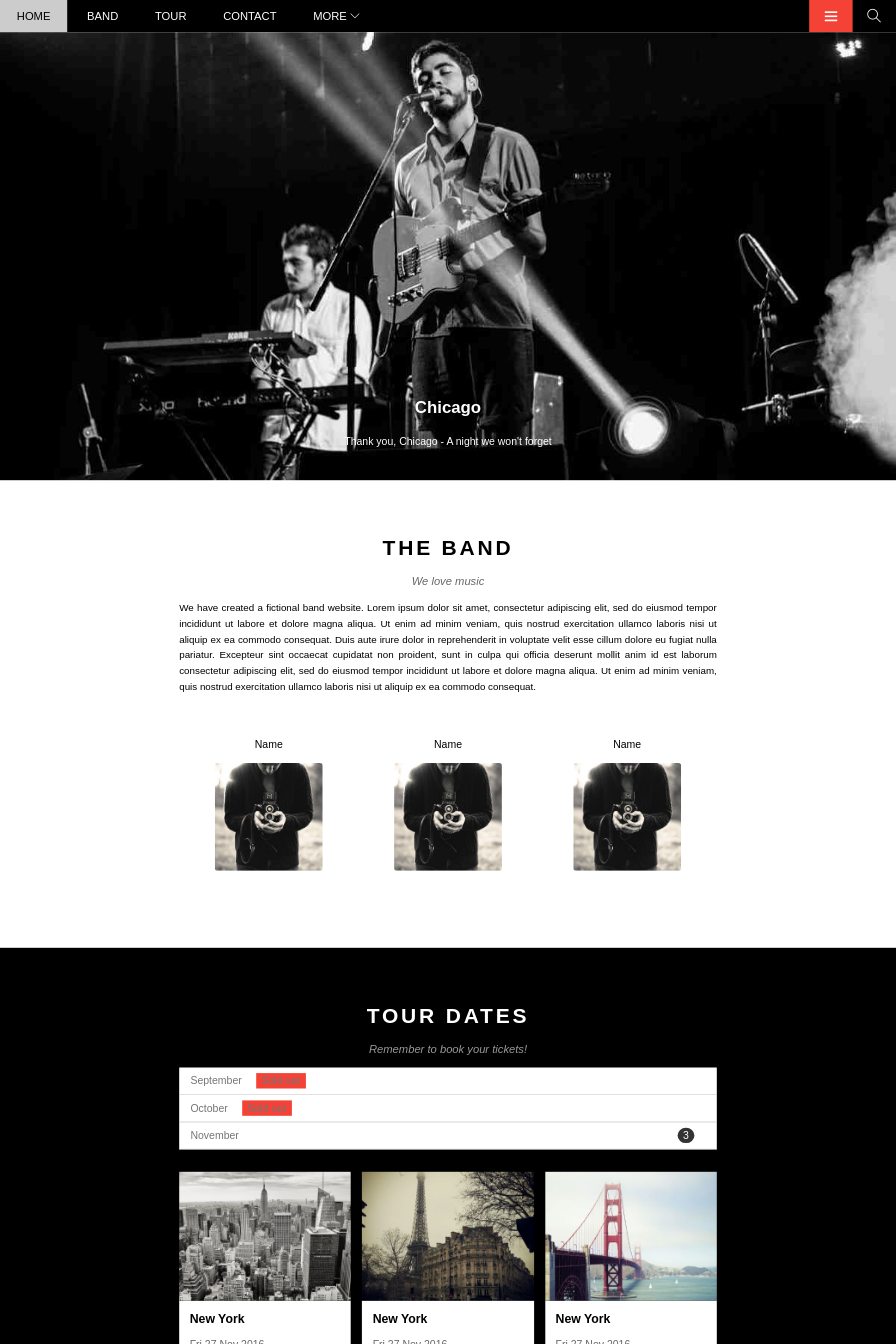
Repository: Bakyproit/the-Band
Page: index.html
The author's editor kept a copy of each file at every save. The page is drawn from the files as they stood at one save, then again after the next save.
The browser window is 1280 px wide. The pictures show the part of the page from y = 0 to 1920 px (the page is 3522 px tall), at 70% of full size.
The pointer rests on the first visible `#header .mobile-menu-btn`.

Above is the page before, as saved 2022-01-03 16:38:27.

### index.html
<!DOCTYPE html>
<html lang="en">
<head>
    <meta charset="UTF-8">
    <meta http-equiv="X-UA-Compatible" content="IE=edge">
    <meta name="viewport" content="width=device-width, initial-scale=1.0">
    <link rel="stylesheet" href="./assets/fonts/themify-icons/themify-icons.css">
    <link rel="stylesheet" href="./assets/css/style.css">
    <link rel="stylesheet" href="./assets/css/reponsive.css">
    <title>The-Band</title>
</head>
<body>

    <div id="main">
        <!-- begin header   -->
        <div id="header">
            <!-- Begin : Nav -->
            <ul id="nav">
                <li>
                    <a href="#">Home</a>
                </li>
                <li><a href="#band">Band</a></li>
                <li><a href="#tour">Tour</a></li>
                <li><a href="#contact">Contact</a></li>
                <li>
                    <a href="#">
                        More
                        <i class="nav-arrow-down ti-angle-down"></i>

                    </a>
                    <ul class="subnav">
                        <li><a href="#">Merchandise</a></li>
                        <li><a href="#">Extras</a></li>
                        <li><a href="#">Media</a></li>
                    </ul>
                </li>
            </ul>
            <!-- End : Nav -->
            <!-- Begin : Search button -->
            <div class="search-btn">
                <i class="search-icon ti-search"></i>
            </div>
            <div class="mobile-menu-btn">
                <i class="menu-icon ti-menu"></i>
            </div>
            <!-- End : Search button-->


        </div>
        <!-- end header     -->
        <!-- Begin slider== -->
        <div id="slider">
            <div class="text-content">
                <h2 class="text-heading">Chicago</h2>
                <div class="text-description">Thank you, Chicago - A night we won't forget</div>
            </div>

        </div>
        <!-- End slider    -->
        <!-- Begin content -->
        <div id="content">
        <!-- The- band -->
            <div id ="band" class="content-section">
                <h2 class="section-heading">THE BAND</h2>
                <p class="section-sub-heading">We love music</p>
                <p class="about-text">We have created a fictional band website. Lorem ipsum dolor sit amet, consectetur adipiscing elit, sed do eiusmod tempor incididunt ut labore et dolore magna aliqua. Ut enim ad minim veniam, quis nostrud exercitation ullamco laboris nisi ut aliquip ex ea commodo consequat. Duis aute irure dolor in reprehenderit in voluptate velit esse cillum dolore eu fugiat nulla pariatur. Excepteur sint occaecat cupidatat non proident, sunt in culpa qui officia deserunt mollit anim id est laborum consectetur adipiscing elit, sed do eiusmod tempor incididunt ut labore et dolore magna aliqua. Ut enim ad minim veniam, quis nostrud exercitation ullamco laboris nisi ut aliquip ex ea commodo consequat.</p>
                <div class="member-list">
                    <div class=" col-third">
                        <p class="member-name">Name</p>
                        <img src="/assets/img/bandmember.jpg" alt="" class="member-img">
                    </div>
                    <div class="col-third">
                        <p class="member-name">Name</p>
                        <img src="/assets/img/bandmember.jpg" alt="" class="member-img">
                    </div>
                    <div class=" col-third">
                        <p class="member-name">Name</p>
                        <img src="/assets/img/bandmember.jpg" alt="" class="member-img">
                    </div>

                </div>

            </div>
        <!-- Tour -->
            <div id ="tour" class="tour-section">
                <div class="content-section ">
                    <h2 class="section-heading text-white">TOUR DATES</h2>
                    <p class="section-sub-heading text-white">Remember to book your tickets!</p>
                    <ul class="tickets-list">
                        <li>
                            September
                            <span class="sold-out">Sold out</span>
                        </li>
                        <li>
                            October
                            <span class="sold-out" >Sold out</span>
                        </li>
                        <li>
                            November
                            <span class="quantity" >3</span>
                        </li>
                    </ul>
                    <!-- places - list -->
                    <div class="places-list row">
                        <div class="places-item  col col-third">
                            <img src="/assets/img/play/play1.jpg" alt="" class="places-img">
                            <div class="places-content">
                                <h3 class="places-name">New York</h3>
                                <p class="places-time">Fri 27 Nov 2016</p>
                                <p class="places-title">Praesent tincidunt sed tellus ut rutrum sed vitae justo.</p>
                                <button  class="btn js-buy-tickets ">Buy tickets</button>
                            </div>
                        </div>
                        <div class="places-item  col col-third ">
                            <img src="/assets/img/play/play2.jpg" alt="" class="places-img">
                            <div class="places-content">
                                <h3 class="places-name">New York</h3>
                                <p class="places-time">Fri 27 Nov 2016</p>
                                <p class="places-title">Praesent tincidunt sed tellus ut rutrum sed vitae justo.</p>
                                <button  class="btn js-buy-tickets ">Buy tickets</button>
                            </div>
                        </div>
                        <div class="places-item  col col-third">
                            <img src="/assets/img/play/play3.jpg" alt="" class="places-img">
                            <div class="places-content">
                                <h3 class="places-name">New York</h3>
                                <p class="places-time">Fri 27 Nov 2016</p>
                                <p class="places-title">Praesent tincidunt sed tellus ut rutrum sed vitae justo.</p>
                                <button  class="btn js-buy-tickets ">Buy tickets</button>
                            </div>
                        </div>
                    </div>
                </div>
            </div>
        <!--    Contact -->
            <div id ="contact" class="content-section">
                <h2 class="section-heading ">CONTACT</h2>
                <p class="section-sub-heading ">Fan? Drop a note!</p>
                <!-- contact - content -->
                <div class="row contact-content">
                    <div class="col col-half contact-info">
                        <p><i class="ti-location-pin"></i>Chicago, US</p>
                        <p><i class="ti-mobile"></i>Phone: +00 151515</p>
                        <p><i class="ti-email"></i>Email: mail@mail.com</p>
                    </div>
                    <div class="col col-half contact-form">
                        <form action="">
                            <div class="row">
                                <div class="col col-half">
                                    <input type="text" name="" placeholder="Name" required id="" class="form-control">
                                </div>
                                <div class="col col-half">
                                    <input type="email" name="" placeholder="Email" required  id="" class="form-control">
                                </div>
                            </div>

                            <div class="row ">
                                <div class="col col-full">
                                    <input type="text" name="" placeholder="Message" required id="" class="form-control">
                                </div>
                            </div>
                            <input type="submit" value="SEND" class="btn pull-right">
                        </form>
                    </div>
                </div>
            </div>
        <!-- map -->
            <div class="map-section">
                <img src="./assets/img/map.jpg" alt="Map">
            </div>

        </div>
        <!-- End content -->
        <!-- Begin footer -->
        <div id="footer">
            <div class="social-list">
                <a href=""><i class="ti-facebook"></i></a>
                <a href=""><i class="ti-facebook"></i></a>
                <a href=""><i class="ti-facebook"></i></a>
                <a href=""><i class="ti-facebook"></i></a>
                <a href=""><i class="ti-facebook"></i></a>
                <a href=""><i class="ti-facebook"></i></a>
            </div>
            <p class="copy-right">Powered by <a href="">w3.css</a></p>
        </div>
        <!-- end-footer -->
        <!-- modal -->
        <div class="modal js-modal">
            <div class="modal-container js-modal-container">
                <div class="modal-close js-modal-close">
                    <i class="ti-close"></i>
                </div>
                <!-- header -->
                <header class="modal-header">
                    <i class="ti-bag"></i>
                    Tickets
                </header>
                <!-- body -->
                <div class="modal-body">
                    <label for="ticket-quantity" class="model-label">
                        <i class="ti-shopping-cart"></i>
                        Tickets, $15 per person
                    </label>
                    <input id="ticket-quantity" type="text" class="modal-input" placeholder="Howmany ?">


                    <label for="ticket-email" class="model-label">
                        <i class="ti-user"></i>
                        Send To
                    </label>
                    <input id= "ticket-email" type="text" class="modal-input" placeholder="Enter email ?">

                    <button class="buy-tickets">
                        Pay
                        <i class="ti-check"></i>
                    </button>
                </div>
                <footer class="modal-footer">
                    <p class="modal-help">Need <a href="">help?</a></p>
                </footer>
            </div>
        </div>
        <!-- end modal -->
        <!-- javascript -->
        <script>
            const buyBtns = document.querySelectorAll('.js-buy-tickets')
            const modal = document.querySelector('.js-modal')
            const modalClose = document.querySelector('.js-modal-close')
            const modalContainer =document.querySelector('.js-modal-container')
            function buyTickets(){
                modal.classList.add('open')
            }
            function hiddenBuyTickets(){
                modal.classList.remove('open')
            }


            for(const buyBtn of buyBtns){
                buyBtn.addEventListener('click' ,buyTickets )
            }
            modalClose.addEventListener('click' , hiddenBuyTickets)
            modal.addEventListener('click' , hiddenBuyTickets)
            modalContainer.addEventListener('click' , function (event){
                event.stopPropagation()
            })

        </script>
        <!-- javascript -->
    </div>
</body>
</html>



<!-- hang row -->

### assets/css/style.css
/*
Reset css
*/
*{
    padding: 0;
    margin:  0;
    box-sizing: border-box;
}
html {
    font-family: Arial, Helvetica, sans-serif;
    scroll-behavior: smooth;
}
#main {

}
.text-white{
    color:#fff !important;
}
.btn{
    display: inline-block;
    text-decoration: none;
    padding: 8px 16px;
    color: #fff;
    background-color: #000;
    border : none  ;
}
.btn:hover{
    color: #000!important;
    background-color: #ccc!important;
    cursor: pointer;
}

.pull-right{
    float: right !important ;
}
.flex{
    display: flex;
}

.row {
    display: flex;
    margin-left: -8px;
    margin-right: -8px;
}
.col {
    padding-left: 8px;
    padding-right: 8px;
}
.col-third{
    width: 33.33333%;
}
.col-half{
    width: 50%;
}
.col-full{
    width: 100%;
}
/* =====header===== */
#header {
    height: 46px;
    background-color: #000;
    position: fixed;
    top : 0 ;
    right: 0;
    left : 0;
    z-index: 1;
    overflow: hidden;
}
#nav{
    display: inline-block;
}
#nav,.subnav {
    list-style-type: none;

}
/* nav */
#nav > li{
    display: inline-block;
    position: relative;

}
#nav li a{
    display: inline-block;
    color : #fff ;
    text-decoration: none;
    line-height: 46px;
    padding: 0px 24px;
    text-transform: uppercase;
}
#nav > li:hover > a,
#nav .subnav li:hover a{
    color : #000 ;
    background-color: #ccc;
}
/*     subnav */
#nav .subnav{
    display: none;
    position: absolute;
    top:100% ;
    background-color: #fff;
    /* bong do */
    box-shadow: 0 0 10px rgba(0, 0, 0,0.5) ;
    min-width: 160px;
}
#nav li:hover .subnav {
    display: block ;
}

#nav .subnav  a{
    display:  block;
    color: #000;
    padding: 0 12px;
    line-height: 38px;
}
#nav .nav-arrow-down{
    font-size: 14px;
}
#header .mobile-menu-btn,
#header .search-btn{
    float: right;
    padding: 0 21px;
}

#header .search-btn:hover{
    cursor: pointer;
    background-color:#f44336 ;
}
#header .mobile-menu-btn:hover {
    background-color:#f44336 ;
}
#header .menu-icon ,
#header .search-icon{
    color : #fff ;
    font-size: 20px;
    line-height: 46px;
}


/* ====end header=======                 */
/*      Begin slider                     */
#slider {
    margin-top: 46px;
    padding-top:50%;
    /* luon bang 50% chieu rong */
    background: url('/assets/img/slider/slider1.jpg') top center / cover no-repeat;
    position: relative;
}
#slider .text-content{
    position: absolute;
    bottom: 48px;
    left:50%;
    color:#fff ;
    transform: translateX(-50%);
    text-align: center;

}
#slider .text-heading{
    margin:  0 0 25px 0 ;
    font-weight: 500px;
    font-size: 24px;
}
#slider .text-description{
    font-size: 15px;
}
/*    End slider                     */
/*    Begin content                  */
#content {
    color : #000 ;
}
#content .content-section{
    width: 800px;
    max-width: 100%;
    margin-left: auto;
    margin-right: auto;
    padding: 64px 16px;

}
#content .section-heading{
    margin: 10px 0;
    font-size: 30px;
    text-align: center;
    font-weight: 400px;
    letter-spacing: 4px;
    line-height: 45px;
}
#content .section-sub-heading{
    margin:15px 0 ;
    text-align: center;
    font-style: italic;
    opacity: 0.6;
    line-height: 22px;
}
/*             About                   */
#content .about-text{
    margin: 15px 0 ;
    font-size: 14px;
    text-align: justify ;
    line-height: 1.6;

}
#content .member-list{
    padding: 32px 0 ;
    display: flex;
    text-align: center;
}

#content  .member-name{
    margin: 15px 0;
    font-size: 15px;
    line-height: 22px;
}
#content  .member-img{
    margin-bottom: 10px;
    width: 154px;
    border-radius: 4px;
}

/*                   Tour                        */
.tour-section{
    background-color: black;
    color:#fff ;
}
.tour-section .tickets-list li{
    list-style: none;
    color: #757575;
    padding: 8px 16px;
    font-size: 15px;
    line-height: 22px;
    background-color: #fff;
    border-bottom: 1px solid #ddd;
}
.tour-section  .sold-out{
    display: inline-block;
    background-color: #f44336;
    padding: 0 8px;
    margin-left:16px;
}
.tour-section .quantity{
    display: inline-block;
    padding: 0 8px;
    margin-right: 16px;
    background-color: #333;
    color:#fff ;
    border-radius: 50%;
    float: right;
}

.places-list{
    color: #000;
    font-size: 15px;
    padding: 32px 0 ;
}
.places-item{
    margin-bottom: 16px;
}

.places-img{
    width: 100%;
    display: block;
}
.places-img:hover{
    opacity: 0.6;
}
.places-content{
    padding: 15px;
    line-height: 22px;
    background-color: #fff;
}
.places-name{
}
.places-time{
    margin-top: 15px ;
    opacity: 0.6;
}
.places-title{
    margin: 15px 0 ;
    line-height: 1.5;
}




/*                  contact            */

.contact-content{
    padding-bottom: 32px  ;
    padding-top: 32px;
}
.contact-info{
    font-size: 18px;
    line-height: 1.5;
}
.contact-info i[class*="ti-"]{
    display: inline-block;
    width: 30px;

}

.contact-form .form-control{
    font-size: 15px;
    padding: 10px ;
    border : 1px solid #ccc ;
    width: 100%;
    margin-bottom: 10px;
}
/*                      Map-section                        */
.map-section img {
    width: 100%;
}


/*                      end content                 */
/*                      Begin footer                */

#footer {
    padding: 64px 16px;
    text-align: center;
}
#footer .social-list{
    font-size: 24px;

}
#footer .social-list a {
    text-decoration: none;
    color: rgba(0, 0, 0,0.6);

}
#footer .social-list a:hover{
    color: rgba(0, 0, 0,0.4);
}
#footer .copy-right{
    margin: 15px  0 ;
    color: rgba(0, 0, 0,0.6);
}
#footer .copy-right a{
    color: rgba(0, 0, 0,0.6);
}
/*                         end footer                */
/*                         modal                   */
.modal{
    position: fixed;
    top:0;
    right: 0 ;
    bottom: 0;
    left: 0;
    background: rgba(0,0,0,0.4);
    align-items: center;
    justify-content: center;
    display: none;
}
.modal.open{
    display: flex;
}
.modal-container{
    background-color: #fff;
    width: 900px;
    min-height: 300px;
    position: relative;
    animation: modalFaceIn ease .6s;
}
.modal-close {
    position: absolute;
    top: 0;
    right: 0;
    padding: 8px 16px;
    line-height: 36px;
    color:#fff ;
}
.modal-close:hover{
    color:#000 ;
    background: #ccc;
    opacity: 0.6;
}
.modal-header{
    background-color: #009688;
    height: 130px;
    font-size: 30px ;
    color:#fff ;
    display: flex;
    align-items: center;
    justify-content: center;
    padding: 32px 16px;
}
.modal-header i {
    margin-right: 20px;
}
.modal-body{
    padding: 0 16px ;
    margin-top: 15px;
}
.model-label{
    display: block;
    font-size: 15px;
    color: #000;
    padding: 2.5px 0;

}
.modal-input {
    padding: 11.5px 8px;
    border : 1px solid #ccc ;
    width: 100%;
    margin: 15px 0;
}

.buy-tickets{
    background-color: #009688;
    padding:18.5px 16px;
    margin-bottom: 16px;
    width: 100%;
    font-size: 15px;
    border :0 ;
}

.buy-tickets:hover{
    color:#000 ;
    background: #ccc;
}


.modal-footer{
    display: inline-block;
    margin: 15px 0;
    padding: 2.5px 16px ;
    font-size: 15px;
    float: right;
}
.modal-footer .modal-help{
}
.modal-footer a{
    color :#2196F3 ;
}



@keyframes modalFaceIn{

    from{
        opacity: 0;
        transform: translateY(-140px);
    }
    to{
        opacity: 1;
        transform: translateY(0);
    }
}

### assets/css/reponsive.css


/* mobile */
@media (max-width:739px) {
    #nav > li{
        display: block;
    }
    #header .search-btn{
        display: none;
    }
}

/* tablet */
@media (min-width:740px) and (max-width:1023px) {

}

/* PC */
@media (min-width:1024px) {

}

Loaded but not shown: assets/fonts/themify-icons/themify-icons.css (common file)

After the next save:
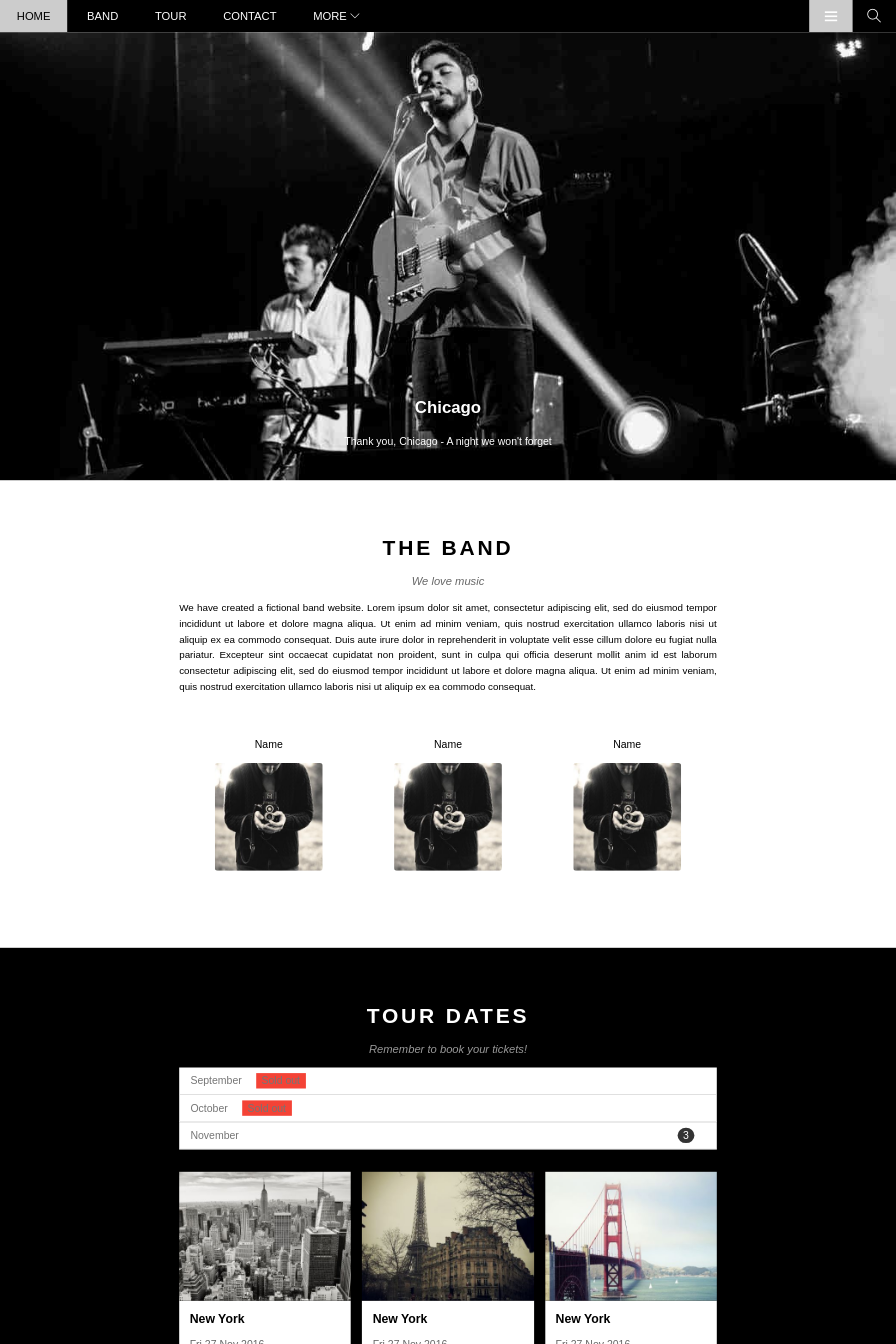
Saved 6 s later.
--- a/assets/css/style.css
+++ b/assets/css/style.css
@@ -126,7 +126,7 @@
     background-color:#f44336 ;
 }
 #header .mobile-menu-btn:hover {
-    background-color:#f44336 ;
+    background-color:#ccc ;
 }
 #header .menu-icon ,
 #header .search-icon{
